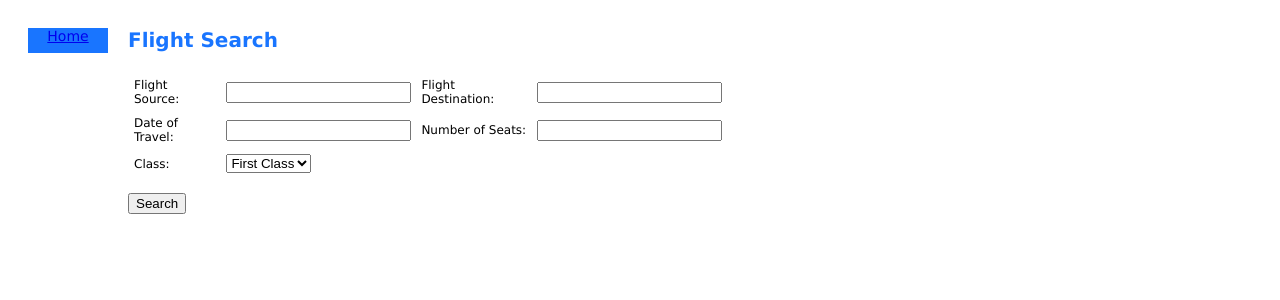
Repository: jliu9000/CSE-464---Flight-Pages
Page: http://localhost/HW1/FlightSearch.jsp
An editor plug-in stored every save of this project. The page is shown before and after the next save, followed by the edit.
The browser window is 1280 px wide. The pictures show the whole page.
Some web libraries are served in a nearby version. The page is served by Tomcat 9. Other server files are loaded and not shown.

Above is the page before, as saved 2014-09-25 01:49:31.

### HW1/WebContent/FlightSearch.jsp
<%@ page language="java" contentType="text/html; charset=ISO-8859-1"
    pageEncoding="ISO-8859-1"%>
<!DOCTYPE html PUBLIC "-//W3C//DTD HTML 4.01 Transitional//EN" "http://www.w3.org/TR/html4/loose.dtd">
<html>
<head>
<script src="http://ajax.googleapis.com/ajax/libs/jquery/1.11.1/jquery.min.js"></script>
<meta http-equiv="Content-Type" content="text/html; charset=ISO-8859-1">
<link rel="stylesheet" type="text/css" href="CSS/FlightStyles.css">
<title>Flight Search</title>
</head>


<body>
	<div id='sidebar' class='sidebar'>
        <script>
            $("#sidebar").load("sidebar.html");
        </script>
	</div>
	<div class='main'>
		<p class="PageTitle">Flight Search</p>

		<form name="SearchFlights" action='FlightSearchResults.jsp' method=get>
			<table width=600>
				<tr>
					<TD>Flight Source:</td><td> <input type="text" name="sSource"></TD>
					<td>Flight Destination:</td><td>  <input type="text" name="sDestination"></td>
				</tr>
				<tr>
					<td>Date of Travel: </td><td> <input type="text" name="sDate"></td>
					<td>Number of Seats: </td><td> <input type="text" name="nSeats"></td>
				</tr>
				<tr>
					<td>Class:</td>
					<td>
						<select name="class">
						<option value="first">First Class</option>
						<option value="business">Business</option>
						<option value="economy">Economy</option>
						</select>
					</td>
				</tr>
			</table>
			<br>
			<input type="submit" value="Search">

		</form>

	</div>


</body>
</html>

### HW1/WebContent/CSS/FlightStyles.css
@CHARSET "ISO-8859-1";

body {
	font-family: "Verdana";
	font-size:12px;

}

div.sidebar {
	color:white;
	border-style:none;
	float:left;
	text-align:center;
	margin: 20px;
}
div.main {
	float: left;
}

ul {
	font-size:14px;
	background-color:#1975FF;
	list-style-type: none;
	margin: 0;
    padding: 0;
	width: 80px;
	height: 25px;
}

a.sidebar {
	font-weight:bold;
	color:white;
	display: block;
}

a:visited {
	font-weight:bold;
    color:gray;
}


a:hover {
	font-weight:bold;
    color:red;
}

p {
    font-size: 12px;

}

p.PageTitle {
    font-size: 20px;
    color: #1975FF;
    font-weight: bold;
}

p.subheading {

	font-size: 16px;
	color: #5858DA;
}

p.message {
	color: red;
	text-align: center;
}

table {


}

th {
    background-color: #1975FF;
    color: white;
    padding: 4px;
    padding-left: 8px;
	padding-right: 8px;

}

tr {
}

tr.repeatalt {

	padding: 2px;
	padding-left: 5px;
	padding-right: 5px;
	background-color: #E6E6E6;

}

tr.repeat {
	padding: 2px;
	padding-left: 5px;
	padding-right: 5px;

}

td.button{
	text-align: center;
}

td{
	text-align: left;
	padding: 4px;

}

td.key{
	font-weight: bold;
}




#login {
    font-size:12px;
}

### HW1/WebContent/sidebar.html
<!DOCTYPE html PUBLIC "-//W3C//DTD HTML 4.01 Transitional//EN" "http://www.w3.org/TR/html4/loose.dtd">
<html>
<head>
<meta http-equiv="Content-Type" content="text/html; charset=ISO-8859-1">
<link rel="stylesheet" type="text/css" href="CSS/FlightStyles.css">



</head>
<body>



		<ul class="sidebar">
		  <li><a href="FlightSearch.jsp">Home</a></li>

		</ul>


</body>
</html>

After the next save:
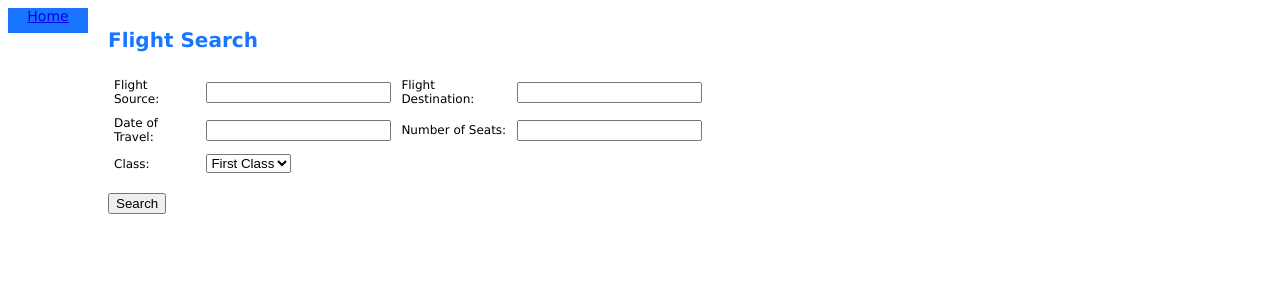
Saved 8 s later.
--- a/HW1/WebContent/CSS/FlightStyles.css
+++ b/HW1/WebContent/CSS/FlightStyles.css
@@ -11,7 +11,7 @@ div.sidebar {
 	border-style:none;
 	float:left;
 	text-align:center;
-	margin: 20px;
+	margin-right: 20px;
 }
 div.main {
 	float: left;
